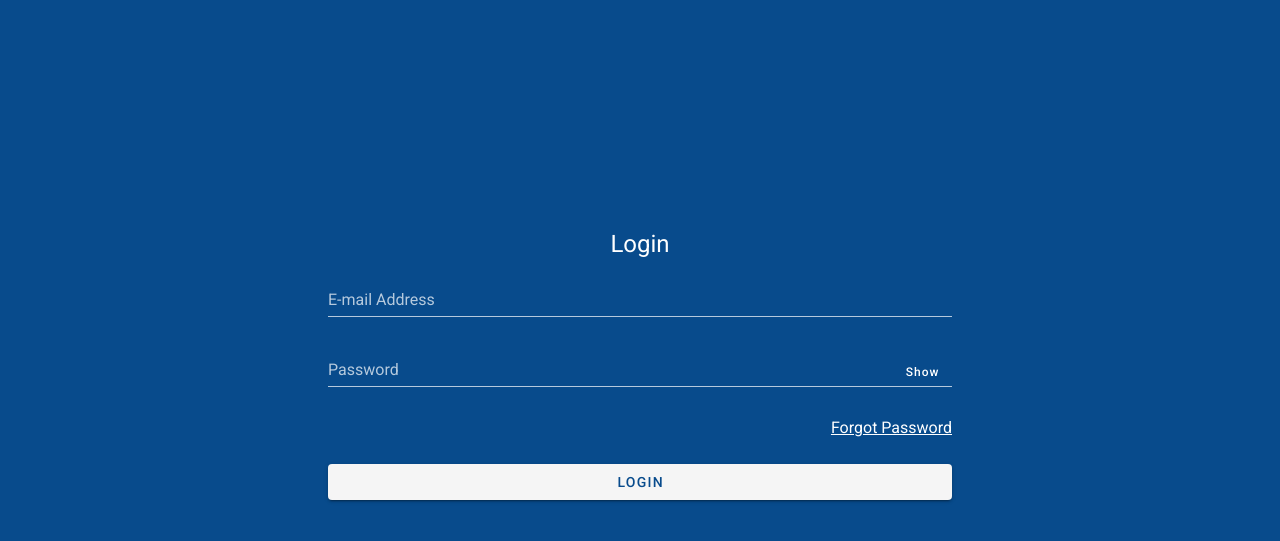
Repository: Grace229/Login
Page: /
The author's editor kept a copy of each file at every save. The page is drawn from the files as they stood at one save, then again after the next save.
The browser window is 1280 px wide. The pictures show the whole page.
The project was rebuilt for these pictures with package versions that can differ from the ones it lists, and the page was loaded fresh each time. Also part of the build but not shown: vue.config.js. Imported but missing from the stored project, and not drawn on this page: src/views/About.vue, src/views/EventBus.

Above is the page before, as saved 2021-02-14 21:39:53.

### src/App.vue
<template>
  <v-app>
    <v-main><router-view></router-view> </v-main>
  </v-app>
</template>

<script>
export default {
  name: "App",

  components: {},

  data: () => ({
    //
  }),
};
</script>

### src/plugins/vuetify.js
import Vue from "vue";
import Vuetify from "vuetify/lib/framework";

Vue.use(Vuetify);

export default new Vuetify({
  theme: {
    options: {
      customProperties: true
    },
    themes: {
      light: {
        primary: "#084b8c",
        secondary: "#424242",
        accent: "#82B1FF",
        error: "#FF5252",
        info: "#2196F3",
        success: "#4CAF50",
        warning: "#FFC107"
      }
    }
  }
});

### src/views/Home.vue
<template>
  <main
    style="min-height:100vh"
    class="primary fill-height white--text d-flex flex-column justify-center pa-4"
  >
    <div>
      <header>
        <div class="headline text-center py-2">
          Login
        </div>
      </header>

      <section class="mx-auto" style="width: 50%">
        <div>
          <v-text-field
            dark
            label="E-mail Address"
            v-model="FORM.email"
            :rules="[rules.required, rules.email]"
          />
        </div>
        <div>
          <v-text-field
            dark
            :rules="[rules.required]"
            label="Password"
            :type="showPassword ? 'text' : 'password'"
          >
            <v-btn
              text
              small
              slot="append"
              @click="showPassword = !showPassword"
              class="transparent text-capitalize"
              >{{ showPassword ? "hide" : "show" }}</v-btn
            >
          </v-text-field>

          <div class="text-right py-2">
            <router-link to="/#" class="white--text"
              >Forgot Password</router-link
            >
          </div>

          <div class="pt-4">
            <v-btn block class="primary--text">Login</v-btn>
          </div>
        </div>
      </section>
    </div>
  </main>
</template>

<script>
export default {
  data() {
    return {
      FORM: {},
      showPassword: false,
      rules: {
        required: (value) => !!value || "Required.",
        counter: (value) => value.length <= 20 || "Max 20 characters",
        email: (value) => {
          const pattern = /^(([^<>()[\]\\.,;:\s@"]+(\.[^<>()[\]\\.,;:\s@"]+)*)|(".+"))@((\[[0-9]{1,3}\.[0-9]{1,3}\.[0-9]{1,3}\.[0-9]{1,3}])|(([a-zA-Z\-0-9]+\.)+[a-zA-Z]{2,}))$/;
          return pattern.test(value) || "Invalid e-mail.";
        },
      },
    };
  },
};
</script>

Loaded but not shown: public/index.html (common file); src/main.js (common file); src/router/index.js (common file); src/store/index.js (common file)

After the next save:
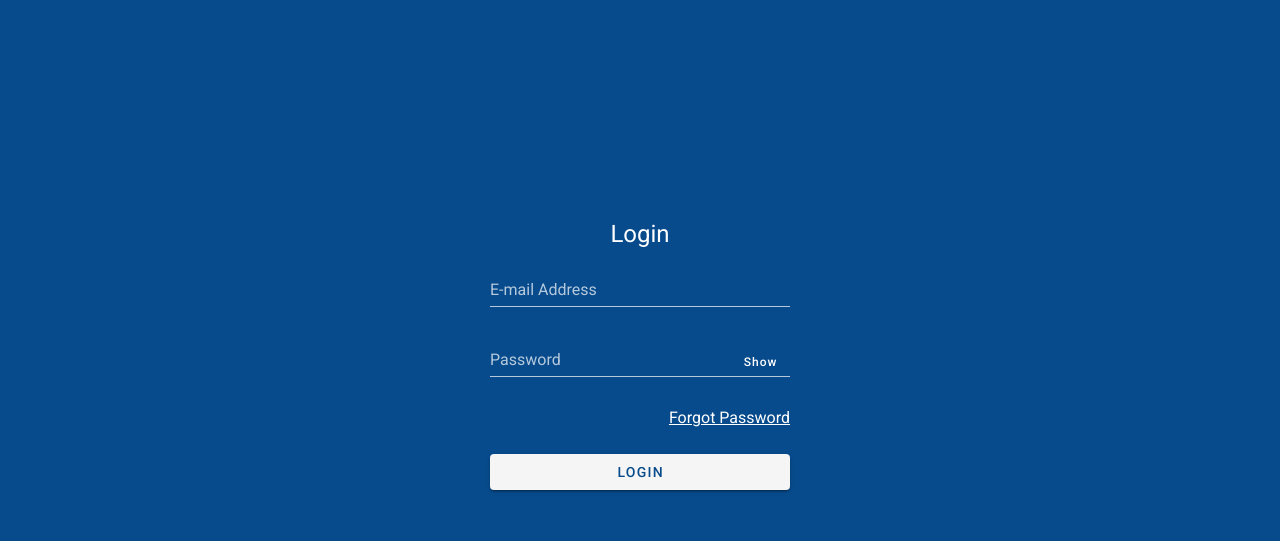
Saved 14 h 7 min later.
--- a/src/views/Home.vue
+++ b/src/views/Home.vue
@@ -3,7 +3,7 @@
     style="min-height:100vh"
     class="primary fill-height white--text d-flex flex-column justify-center pa-4"
   >
-    <div>
+    <div class="col-md-6 mt-5 mx-auto">
       <header>
         <div class="headline text-center py-2">
           Login
@@ -22,6 +22,7 @@
         <div>
           <v-text-field
             dark
+            v-model="password"
             :rules="[rules.required]"
             label="Password"
             :type="showPassword ? 'text' : 'password'"
@@ -52,9 +53,14 @@
 </template>
 
 <script>
+import axios from "axios";
+import router from "../router";
+import EventBus from "./EventBus";
 export default {
   data() {
     return {
+      email: "",
+      password: "",
       FORM: {},
       showPassword: false,
       rules: {
@@ -67,5 +73,27 @@ export default {
       },
     };
   },
+  methods: {
+    login() {
+      axios
+        .post("/users/Login", {
+          email: this.email,
+          password: this.password,
+        })
+        .then((res) => {
+          localStorage.setItem("usertoken", res.data);
+          this.email = "";
+          this.password = "";
+          router.push({ name: "Profile" });
+        })
+        .catch((err) => {
+          console.log(err);
+        });
+      this.emitMethod();
+    },
+    emitMethod() {
+      EventBus.$emit("logged-in", "loggedin");
+    },
+  },
 };
 </script>
